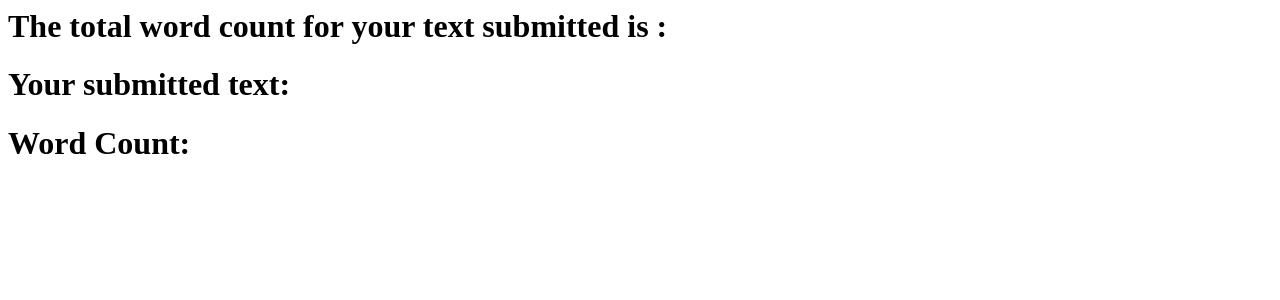
Repository: Space20001/word-count-project
Page: templates/count/counted.html
The author's editor kept a copy of each file at every save. The page is drawn from the files as they stood at one save, then again after the next save.
The browser window is 1280 px wide. The pictures show the whole page.
The page is served by the project's application, run on Django 3.2 (manage.py). Other server files are loaded and not shown. The template is opened directly, without the code that normally fills it, so the values that code supplies are empty.

Above is the page before, as saved 2020-04-19 21:55:55.

### templates/count/counted.html
<h1>The total word count for your text submitted is {{ count }}:</h1>

<h1>Your submitted text:</h1>
{{ fulltext }}


<h1>Word Count:</h1>

    {% for word, count in sortedWords %}
<br>
    {{ word }} :- {{ count }}
<br>
    {% endfor %}

<br>

### wordcount/urls.py
"""wordcount URL Configuration

The `urlpatterns` list routes URLs to views. For more information please see:
    https://docs.djangoproject.com/en/3.0/topics/http/urls/
Examples:
Function views
    1. Add an import:  from my_app import views
    2. Add a URL to urlpatterns:  path('', views.home, name='home')
Class-based views
    1. Add an import:  from other_app.views import Home
    2. Add a URL to urlpatterns:  path('', Home.as_view(), name='home')
Including another URLconf
    1. Import the include() function: from django.urls import include, path
    2. Add a URL to urlpatterns:  path('blog/', include('blog.urls'))
"""
from django.contrib import admin
from django.urls import path, include

urlpatterns = [
    path('', include('count.urls')),
    path('admin/', admin.site.urls),
]

### count/urls.py
from django.urls import path
from . import views

urlpatterns = [
    path('', views.home),
    path('counted/', views.counted, name="counting"),
    path('about/', views.about),

]

After the next save:
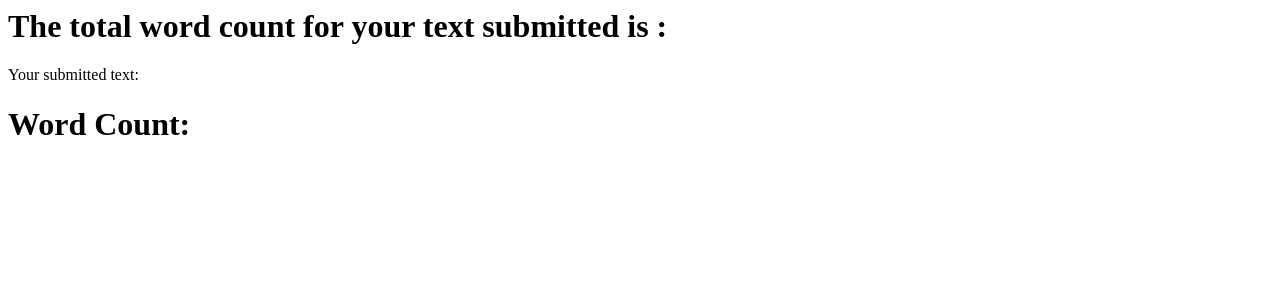
Saved 82 s later.
--- a/templates/count/counted.html
+++ b/templates/count/counted.html
@@ -1,5 +1,5 @@
 <h1>The total word count for your text submitted is {{ count }}:</h1>
-
+<a
 <h1>Your submitted text:</h1>
 {{ fulltext }}
 

After the save that followed:
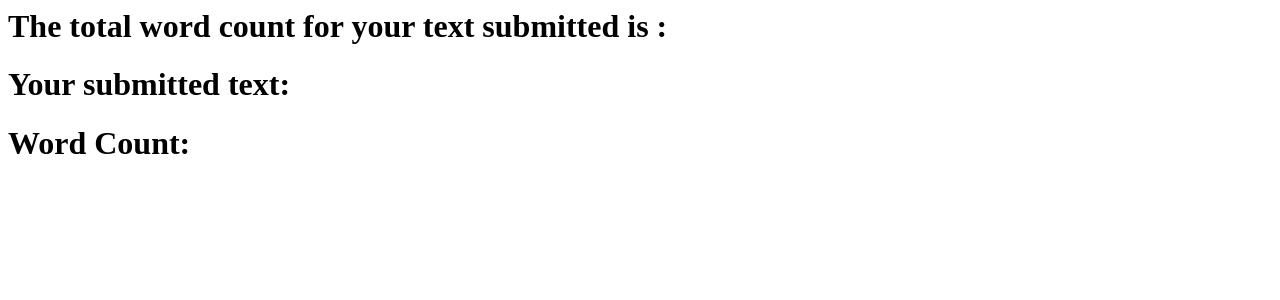
Saved 6 s later.
--- a/templates/count/counted.html
+++ b/templates/count/counted.html
@@ -1,5 +1,5 @@
 <h1>The total word count for your text submitted is {{ count }}:</h1>
-<a
+<a></a>
 <h1>Your submitted text:</h1>
 {{ fulltext }}
 
